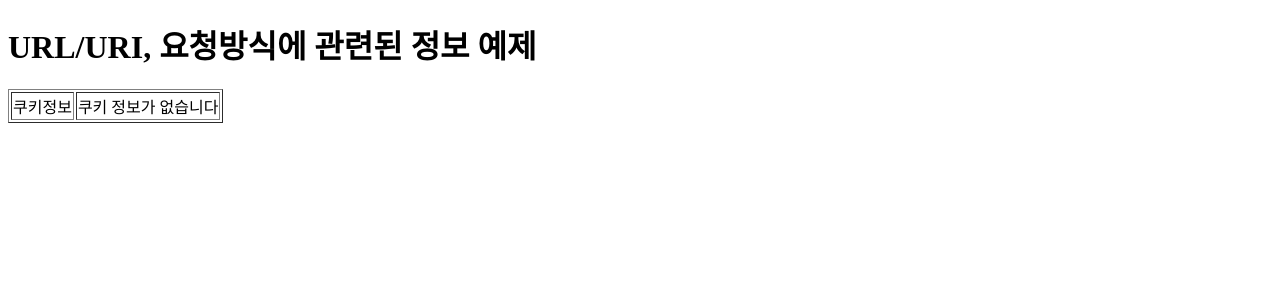
Repository: serendipity63/jsp_workspace
Page: http://localhost/JspExam5/requestTest2.jsp
The author's editor kept a copy of each file at every save. The page is drawn from the files as they stood at one save, then again after the next save.
The browser window is 1280 px wide. The pictures show the whole page.
The page is served by Tomcat 9. Other server files are loaded and not shown.

Above is the page before, as saved 2023-09-20 05:35:51.

### JspExam5/src/main/webapp/requestTest2.jsp
<%@ page language="java" contentType="text/html; charset=UTF-8"
    pageEncoding="UTF-8"%>
<!DOCTYPE html>
<html>
<head>
<meta charset="UTF-8">
<title>Insert title here</title>
</head>
<body>
<h1>
URL/URI, 요청방식에 관련된 정보 예제
</h1>
<table border="1">
<tr>
<td>쿠키정보</td>
<%
	Cookie[] cookie = request.getCookies();
	if(cookie==null){



%>
<td> 쿠키 정보가 없습니다</td>
<%
	} else {
		for(Cookie c : cookie) {
%>
	<td>	<%=c.getName() %>(<%=c.getValue() %> </td>
<%
	}
	}
%>

</tr>
</table>
</body>
</html>

After the next save:
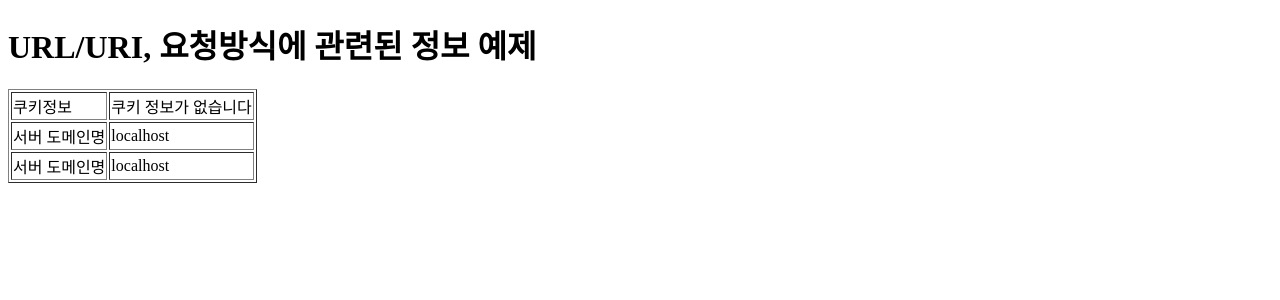
Saved 78 s later.
--- a/JspExam5/src/main/webapp/requestTest2.jsp
+++ b/JspExam5/src/main/webapp/requestTest2.jsp
@@ -1,5 +1,5 @@
 <%@ page language="java" contentType="text/html; charset=UTF-8"
-    pageEncoding="UTF-8"%>
+	pageEncoding="UTF-8"%>
 <!DOCTYPE html>
 <html>
 <head>
@@ -7,31 +7,38 @@
 <title>Insert title here</title>
 </head>
 <body>
-<h1>
-URL/URI, 요청방식에 관련된 정보 예제
-</h1>
-<table border="1">
-<tr>
-<td>쿠키정보</td>
-<%
-	Cookie[] cookie = request.getCookies();
-	if(cookie==null){
+	<h1>URL/URI, 요청방식에 관련된 정보 예제</h1>
+	<table border="1">
+		<tr>
+			<td>쿠키정보</td>
+			<%
+			Cookie[] cookie = request.getCookies();
+			if (cookie == null) {
+			%>
+			<td>쿠키 정보가 없습니다</td>
+			<%
+			} else {
+			for (Cookie c : cookie) {
+			%>
+			<td><%=c.getName()%>(<%=c.getValue()%></td>
+			<%
+			}
+			}
+			%>
+		</tr>
+
+		<tr>
+		<td>서버 도메인명</td>
+		<td><%=request.getServerName() %></td>
+				</tr>
+		<tr>
+		<td>서버 도메인명</td>
+		<td><%=request.getServerName() %></td>
 
 
 
-%>
-<td> 쿠키 정보가 없습니다</td>
-<%
-	} else {
-		for(Cookie c : cookie) {
-%>
-	<td>	<%=c.getName() %>(<%=c.getValue() %> </td>
-<%
-	}
-	}
-%>
+		</tr>
 
-</tr>
-</table>
+	</table>
 </body>
 </html>
